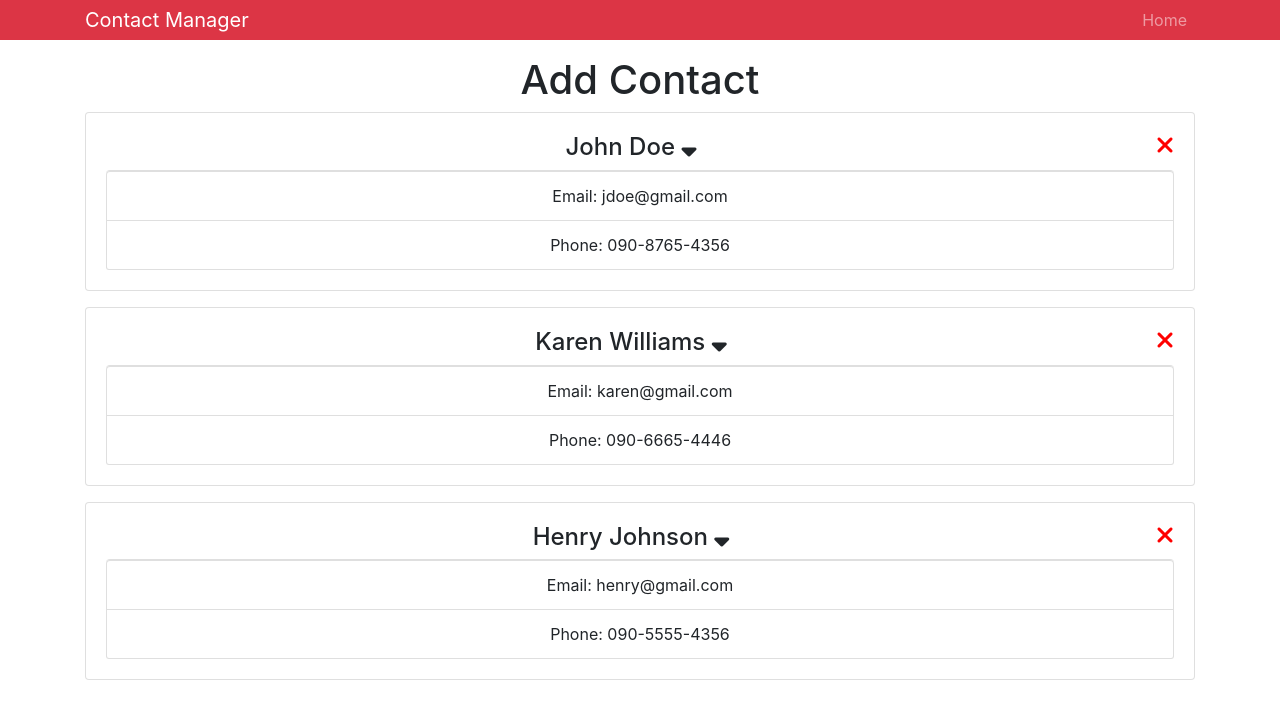
Repository: IkennaU/contactmanager
Page: /test
The author's editor kept a copy of each file at every save. The page is drawn from the files as they stood at one save, then again after the next save.
The browser window is 1280 px wide. The pictures show the whole page.
Some web libraries are served in a nearby version. The project was rebuilt for these pictures with package versions that can differ from the ones it lists, and the page was loaded fresh each time.

Above is the page before, as saved 2020-07-22 00:05:36.

After the next save:
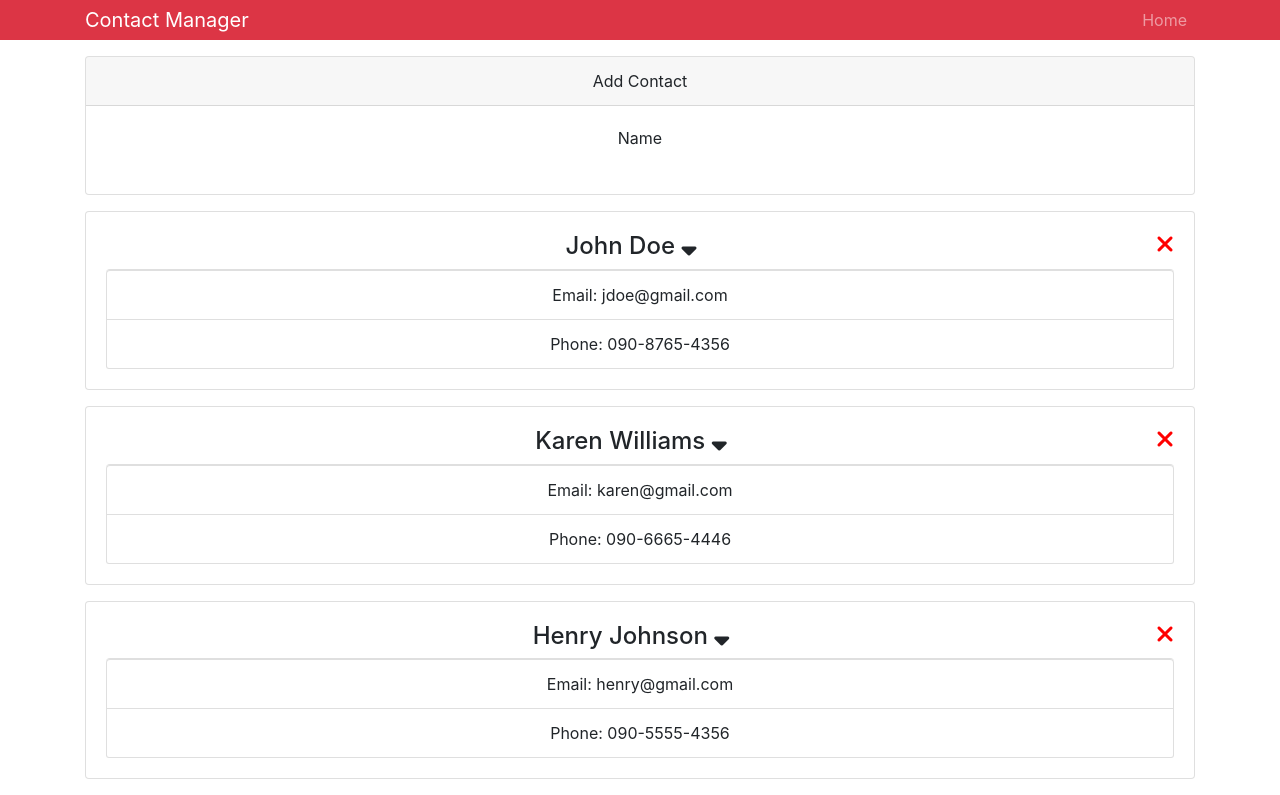
Saved 6 min 13 s later.
--- a/src/components/contacts/AddContact.js
+++ b/src/components/contacts/AddContact.js
@@ -8,8 +8,15 @@ class AddContact extends Component {
 
   render() {
     return (
-      <div>
-        <h1>Add Contact</h1>
+      <div className="card mb-3">
+        <div className="card-header">Add Contact</div>
+        <div className="card-body">
+          <form>
+            <div className="form-group">
+              <label htmlFor="name">Name</label>
+            </div>
+          </form>
+        </div>
       </div>
     );
   }
